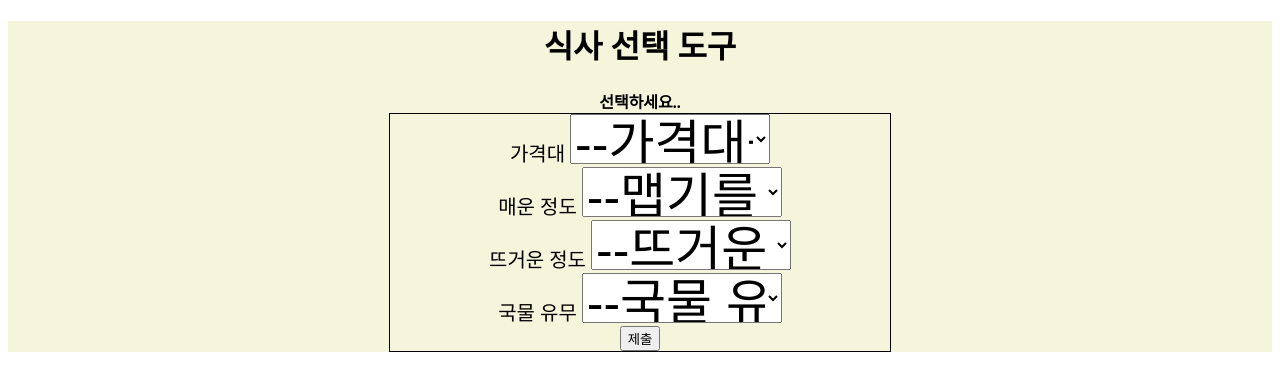
Repository: kimgh06/JavaWeb
Page: http://localhost/what/
These files come from the project's save history. The page is drawn as it stood at one moment and after the next save; the edit follows.
The browser window is 1280 px wide. The pictures show the whole page.
The page is served by Tomcat 9. Other server files are loaded and not shown.

Above is the page before, as saved 2022-11-04 00:44:13.

### what/src/main/webapp/index.jsp
<%@ page language="java" contentType="text/html; charset=EUC-KR"
	pageEncoding="EUC-KR"%>
<!DOCTYPE html>
<html>
<head>
<meta charset="EUC-KR">
<title>식사 선택 도구</title>
<link href="./main.css" rel="stylesheet" type="text/css">
</head>
<body>
	<div id="main">
		<h1>식사 선택 도구</h1>
		<b>선택하세요..</b>
		<form id="form">
			<div>
				<label>가격대</label> <select>
					<option value="-1">--가격대를 정하세요--</option>
					<option value="1">8000이하</option>
					<option value="2">13000이하</option>
					<option value="3">18000이하</option>
					<option value="4">23000이하</option>
					<option value="5">23000이상</option>
				</select>
			</div>
			<div>
				<label>매운 정도</label> <select>
					<option value="-1">--맵기를 정하세요--</option>
					<option value="하">맵지 않음</option>
					<option value="중">적당히 매움</option>
					<option value="상">매움</option>
				</select>
			</div>
			<div>
				<label>뜨거운 정도</label> <select>
					<option value="-1">--뜨거운 정도를 정하세요</option>
					<option value="하">뜨겁지 않음</option>
					<option value="중">따뜻함</option>
					<option value="상">뜨거움</option>
				</select>
			</div>
			<div>
				<label>국물 유무</label> <select>
					<option value="-1">--국물 유무를 정하세요--</option>
					<option value="0">없음</option>
					<option value="1">있음</option>
				</select>
			</div>
			<button>제출</button>
		</form>
	</div>
</body>
</html>

### what/src/main/webapp/main.css
@CHARSET "UTF-8";

#main{
	text-align: center;
	display: block;
	background-color: beige;
}

#form{
	width: 500px;
	display: block;
	border: 1px solid black;
	margin:auto;
}

#form div{
	font-size: 20px;
}
#form div select{
	width:200px;
	height: 50px;
	font-size: 50px;
}

After the next save:
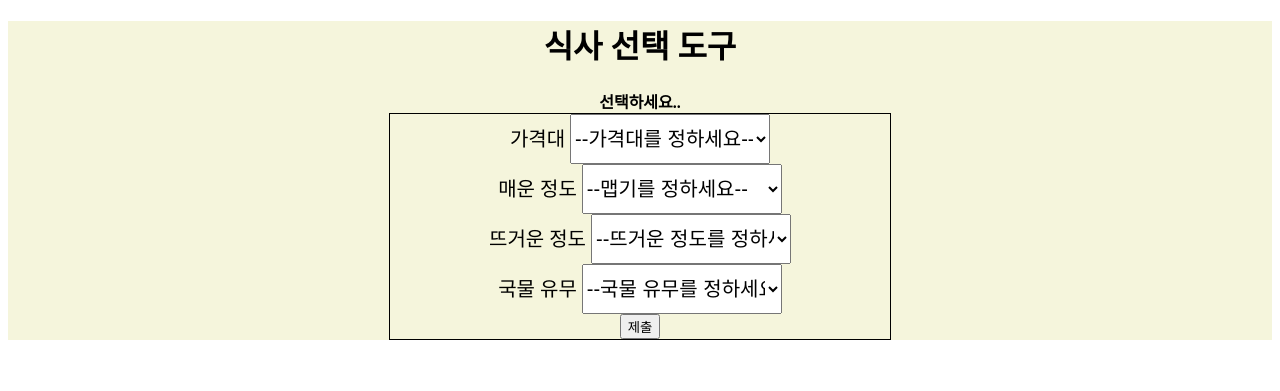
Saved 7 s later.
--- a/what/src/main/webapp/main.css
+++ b/what/src/main/webapp/main.css
@@ -19,5 +19,5 @@
 #form div select{
 	width:200px;
 	height: 50px;
-	font-size: 50px;
+	font-size: 20px;
 }
